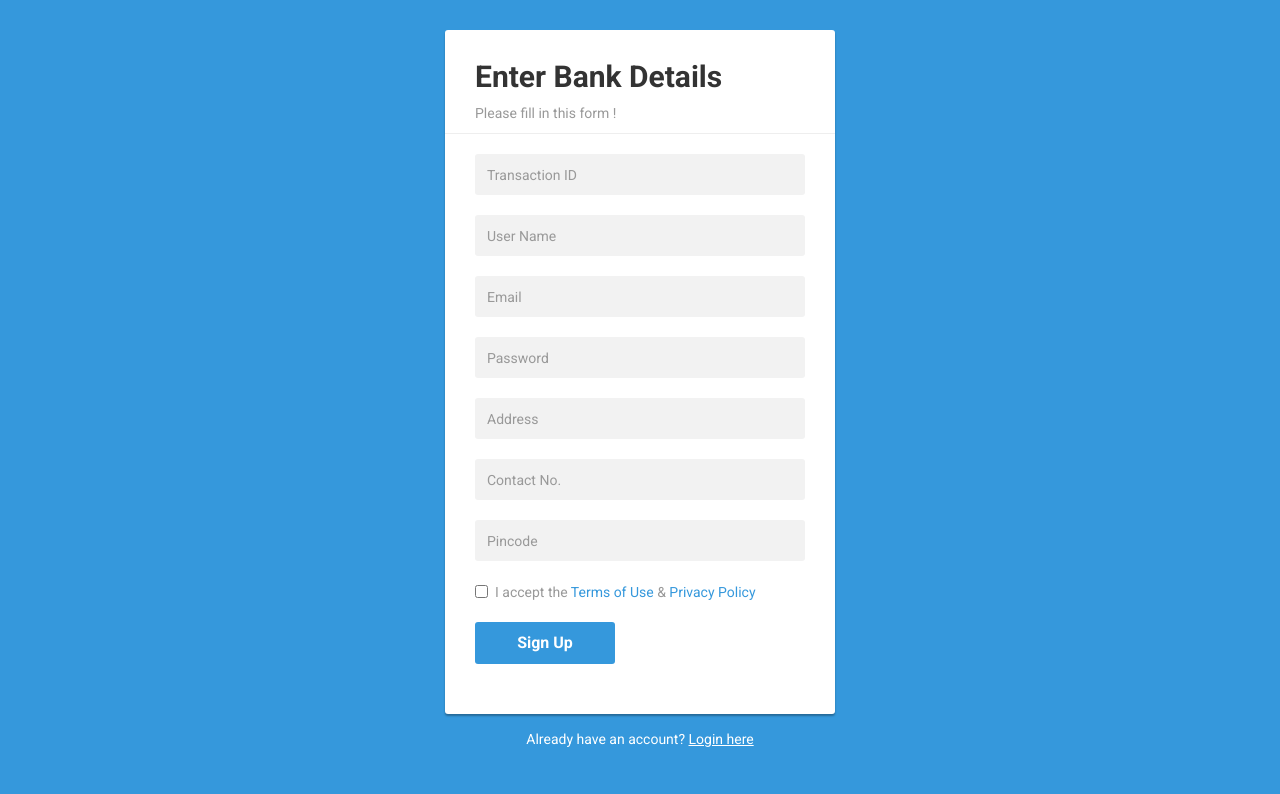
Repository: Rajat-Jain29/Java-Spring-Boot
Page: Registration/Bank Account/WebContent/bank.html
These files come from the project's save history. The page is drawn as it stood at one moment and after the next save; the edit follows.
The browser window is 1280 px wide. The pictures show the whole page.

Above is the page before, as saved 2021-03-21 14:08:22.

After the next save:
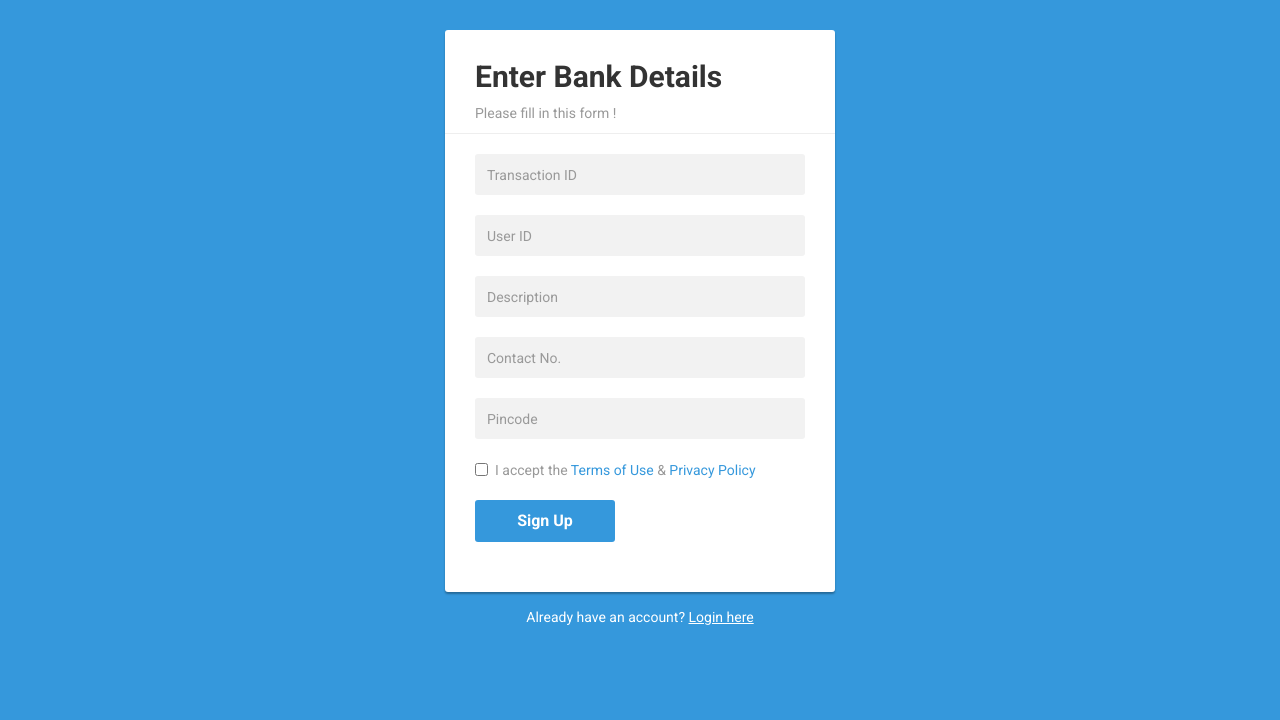
Saved 67 s later.
--- a/Registration/Bank Account/WebContent/bank.html
+++ b/Registration/Bank Account/WebContent/bank.html
@@ -105,24 +105,19 @@
         </div>
           <div class="form-group">
 
-				<input type="text" class="form-control" name="username" placeholder="User Name" required="required">
+				<input type="text" class="form-control" name="userid" placeholder="User ID" required="required">
 
 
         </div>
 
 
-        <div class="form-group">
-        	<input type="email" class="form-control" name="email" placeholder="Email" required="required">
-        </div>
-		<div class="form-group">
-            <input type="password" class="form-control" name="password" placeholder="Password" required="required">
-        </div>
+
 
 
 
 		  <div class="form-group">
 
-				<input type="text" class="form-control" name="address" placeholder="Address" required="required">
+				<input type="text" class="form-control" name="desc" placeholder="Description" required="required">
 
 
         </div>
